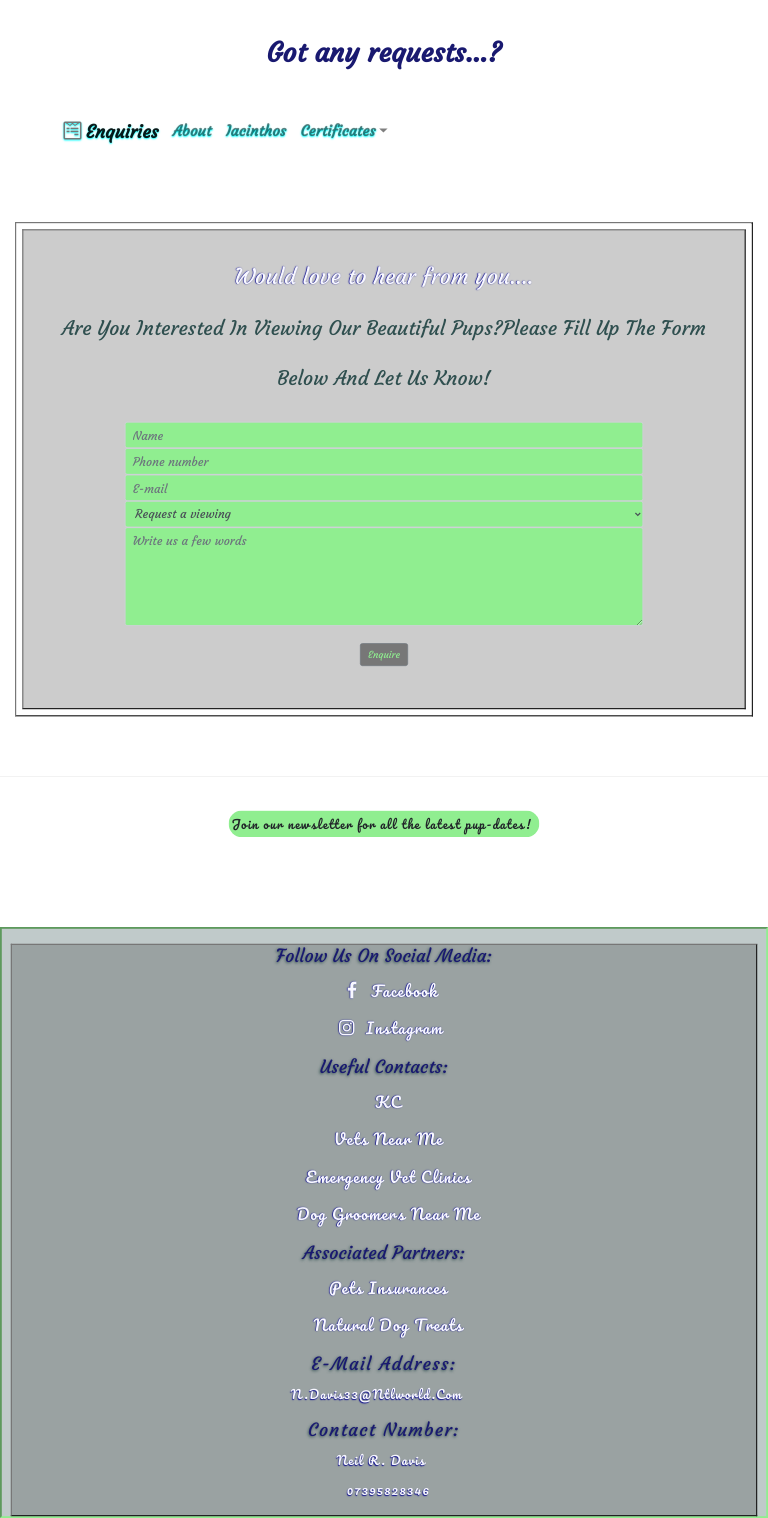
Repository: Code-Institute-Submissions/GeorgiosSklav-Iacinthos-blog
Page: request-form.html
The author's editor kept a record of every edit. The page is drawn from the files as they stood at one moment, then again after the next edit.
The browser window is 1280 px wide. The pictures show the whole page, at 60% of full size.

Above is the page before.

After the next edit:
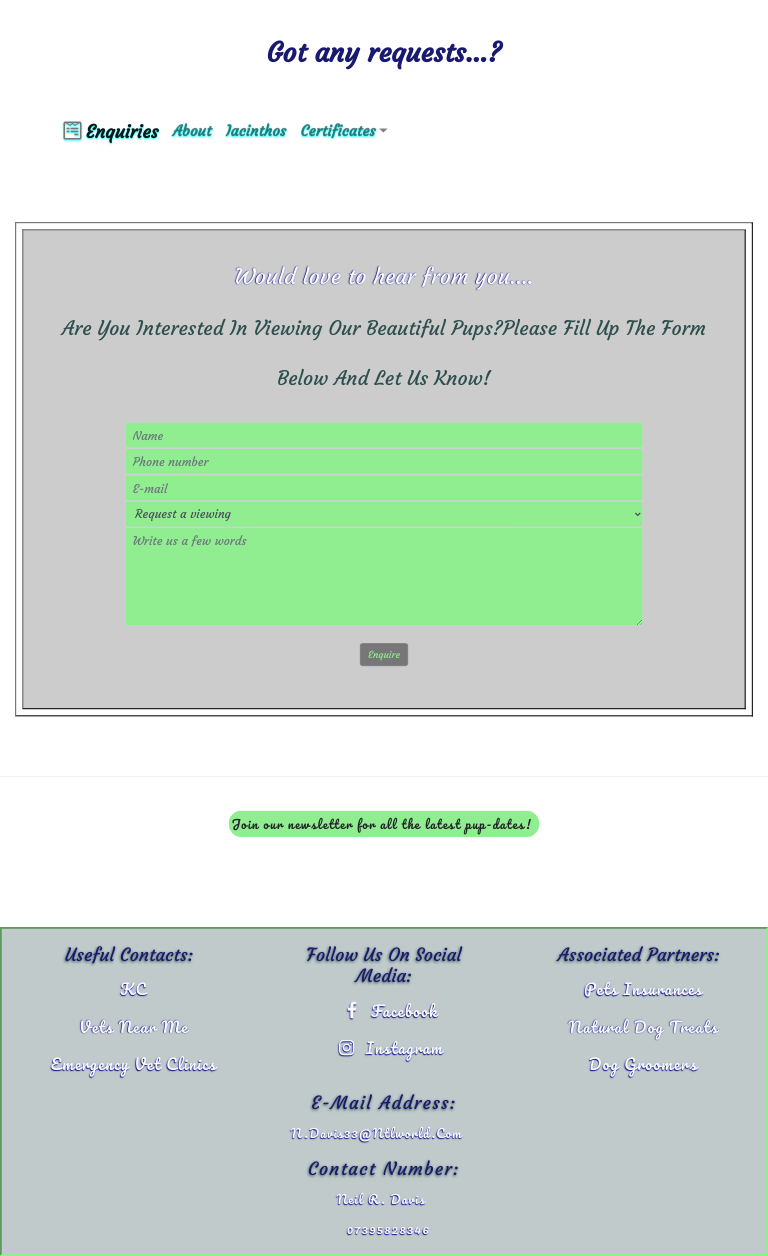
The edit:
--- a/request-form.html
+++ b/request-form.html
@@ -117,81 +117,82 @@
     <!--footer-->
 
     <footer class="container-fluid footer">
-        <div class="background-overlay">
-        <div class="row align-items-end">
-            <div class="col">
-                <h4 class="social-title capitalise">Follow us on social media:</h4>
-                <ul class="social-links">
-                    <li>
-                        <a target="_blank" href="https://www.facebook.com/neil.davis.9862">
+
+            <div class="row">
+                <div class="col-12 col-md-12 col-lg-3">
+                    <h4 class="social-title capitalise">Useful contacts:</h4>
+                    <ul class="social-links">
+                        <li>
+                            <a target="_blank" href="https://www.thekennelclub.org.uk/">
+                            <span class="capitalise">KC</span>
+                        </a>
+                        </li>
+                        <li>
+                            <a target="_blank" href="https://www.google.com/search?q=vet+near+me&oq=vet+near&aqs=chrome.0.0j69i57j0l4.4119j0j7&sourceid=chrome&ie=UTF-8">
+                            <span class="capitalise">Vets near me</span>
+                        </a>
+                        </li>
+                        <li>
+                            <a target="_blank" href="https://www.google.com/search?q=emergency+vet+clinic+near+me&oq=emergency+vet&aqs=chrome.4.69i57j0l5.15430j0j7&sourceid=chrome&ie=UTF-8">
+                            <span class="capitalise">Emergency vet clinics</span>
+                        </a>
+                        </li>
+
+                    </ul>
+                </div>
+                <div class="col-12 col-md-12 col-lg-3">
+                    <h4 class="social-title capitalise">Follow us on social media:</h4>
+                    <ul class="social-links">
+                        <li>
+                            <a target="_blank" href="https://www.facebook.com/neil.davis.9862">
                             <i class="fa fa-facebook"></i>
                             <span>Facebook</span>
                         </a>
-                    </li>
-                    <li>
-                        <a target="_blank" href="https://instagram.com/neilr.davis?igshid=wmi0mqp5d2se">
+                        </li>
+                        <li>
+                            <a target="_blank" href="https://instagram.com/neilr.davis?igshid=wmi0mqp5d2se">
                             <i class="fa fa-instagram"></i>
                             <span>Instagram</span>
                         </a>
-                    </li>
-                </ul>
-            </div>
-            <div class="col-12">
-                <h4 class="social-title capitalise">Useful contacts:</h4>
-                <ul class="social-links">
-                    <li>
-                        <a target="_blank" href="https://www.thekennelclub.org.uk/">
-                            <span class="capitalise">KC</span>
-                        </a>
-                    </li>
-                    <li>
-                        <a target="_blank" href="https://www.google.com/search?q=vet+near+me&oq=vet+near&aqs=chrome.0.0j69i57j0l4.4119j0j7&sourceid=chrome&ie=UTF-8">
-                            <span class="capitalise">Vets near me</span>
-                        </a>
-                    </li>
-                    <li>
-                        <a target="_blank" href="https://www.google.com/search?q=emergency+vet+clinic+near+me&oq=emergency+vet&aqs=chrome.4.69i57j0l5.15430j0j7&sourceid=chrome&ie=UTF-8">
-                            <span class="capitalise">Emergency vet clinics</span>
-                        </a>
-                    </li>
-                    <li>
-                        <a target="_blank" href="https://www.google.com/search?q=dog+groomer+near+me&oq=dog+groomer&aqs=chrome.1.69i57j0l5.4790j0j7&sourceid=chrome&ie=UTF-8">
-                            <span class="capitalise">Dog groomers near me</span>
-                        </a>
-                    </li>
-                </ul>
-            </div>
-            <div class="col-12">
-                <h4 class="social-title capitalise">Associated partners:</h4>
-                <ul class="social-links">
-                    <li>
-                        <a target="_blank" href="https://www.google.com/search?q=pet+insurance+near+me&oq=pet+ins&aqs=chrome.2.0j69i57j0l4.6094j0j7&sourceid=chrome&ie=UTF-8">
+                        </li>
+                    </ul>
+                </div>
+                <div class="col-12 col-md-12 col-lg-3">
+                    <h4 class="social-title capitalise">Associated partners:</h4>
+                    <ul class="social-links">
+                        <li>
+                            <a target="_blank" href="https://www.google.com/search?q=pet+insurance+near+me&oq=pet+ins&aqs=chrome.2.0j69i57j0l4.6094j0j7&sourceid=chrome&ie=UTF-8">
                             <span class="capitalise">pets insurances</span>
                         </a>
-                    </li>
-                    <li>
-                        <a target="_blank" href="https://www.doglistener.co.uk/catalog/natural-dog-treats-0">
+                        </li>
+                        <li>
+                            <a target="_blank" href="https://www.doglistener.co.uk/catalog/natural-dog-treats-0">
                             <span class="capitalise">natural dog treats</span>
                         </a>
-                    </li>
-                </ul>
-            </div>
-            <div class="col-12 contacts">
-                <h4 class="social-title capitalise">e-mail address:</h4>
-                <p class="capitalise social-links">
-                    n.davis33@ntlworld.com
-                </p>
-                <h4 class="social-title capitalise">Contact number:</h4>
-                <ul class="social-links">
-                    <li class="social-links capitalise">
-                        neil r. davis
-                    </li>
-                    <li class="capitalise">
-                        07395828346
-                    </li>
-                </ul>
-            </div>
-        </div>
+                        </li>
+                        <li>
+                            <a target="_blank" href="https://www.google.com/search?q=dog+groomer+near+me&oq=dog+groomer&aqs=chrome.1.69i57j0l5.4790j0j7&sourceid=chrome&ie=UTF-8">
+                            <span class="capitalise">Dog groomers</span>
+                        </a>
+                        </li>
+                    </ul>
+                </div>
+                <div class="col-12 col-md-12 col-lg-3 contacts">
+                    <h4 class="social-title capitalise">e-mail address:</h4>
+                    <p class="capitalise social-links">
+                        n.davis33@ntlworld.com
+                    </p>
+                    <h4 class="social-title capitalise">Contact number:</h4>
+                    <ul class="social-links">
+                        <li class="social-links capitalise">
+                            neil r. davis
+                        </li>
+                        <li class="capitalise">
+                            07395828346
+                        </li>
+                    </ul>
+                </div>
+            </div>
         </div>
     </footer>
 
